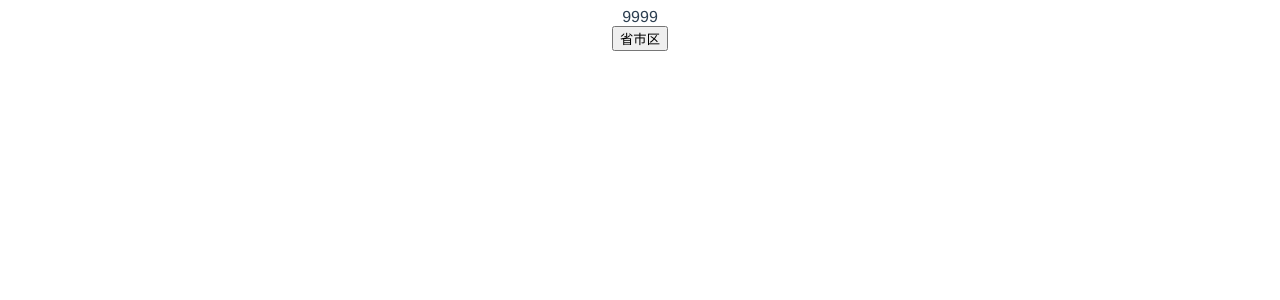
Repository: liushiwei151/myWeb
Page: /mobile
These files come from the project's save history. The page is drawn as it stood at one moment and after the next save; the edit follows.
The browser window is 1280 px wide. The pictures show the whole page.
The project was rebuilt for these pictures with package versions that can differ from the ones it lists, and the page was loaded fresh each time. Also part of the build but not shown: src/views/Home.vue.

Above is the page before, as saved 2020-06-12 13:25:49.

After the next save:
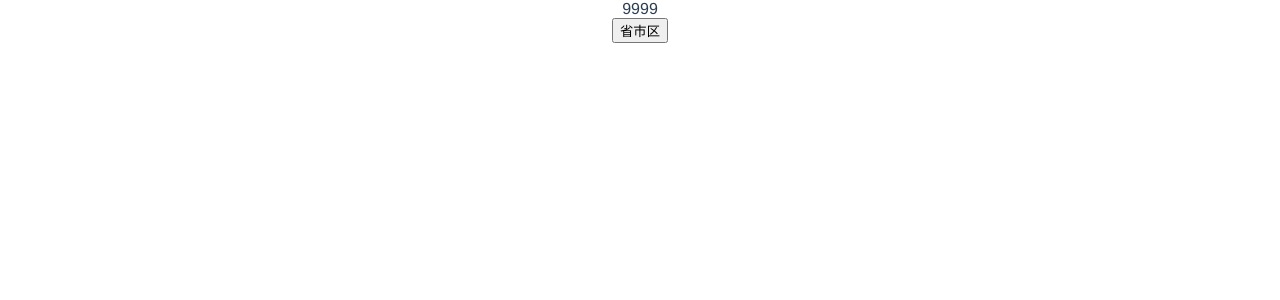
Saved 19 min 25 s later.
--- a/src/Web.vue
+++ b/src/Web.vue
@@ -15,6 +15,11 @@ import headBar from "./components/web/headBar.vue";
 export default class Web extends Vue {}
 </script>
 <style lang="less">
+body {
+  margin: 0;
+  padding: 0;
+  word-break: break-word;
+}
 #web {
   font-family: Avenir, Helvetica, Arial, sans-serif;
   -webkit-font-smoothing: antialiased;
